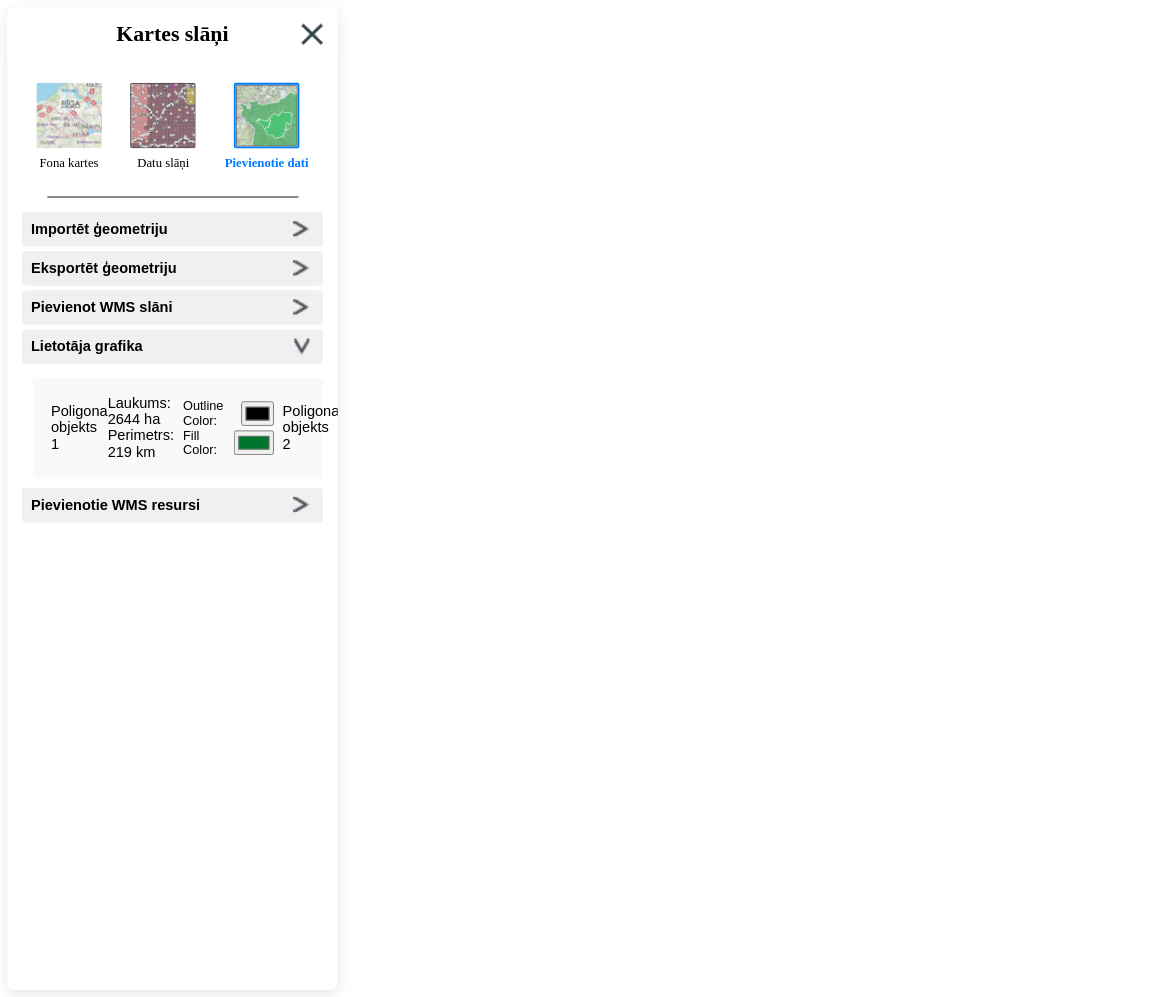
Repository: Kringelis/KP_kar-usl-i
Page: /, after clicking the first element matching `div.sidebar-tabs > :nth-child(3)`
An editor plug-in stored every save of this project. The page is shown before and after the next save, followed by the edit.
The browser window is 1280 px wide. The pictures show the whole page, at 91% of full size.
The project was rebuilt for these pictures with package versions that can differ from the ones it lists, and the page was loaded fresh each time. Also part of the build but not shown: src/components/FonaKartes.scss, src/components/DatuSlani.jsx, src/App.scss.

Above is the page before, as saved 2024-06-17 08:00:47.

After the next save:
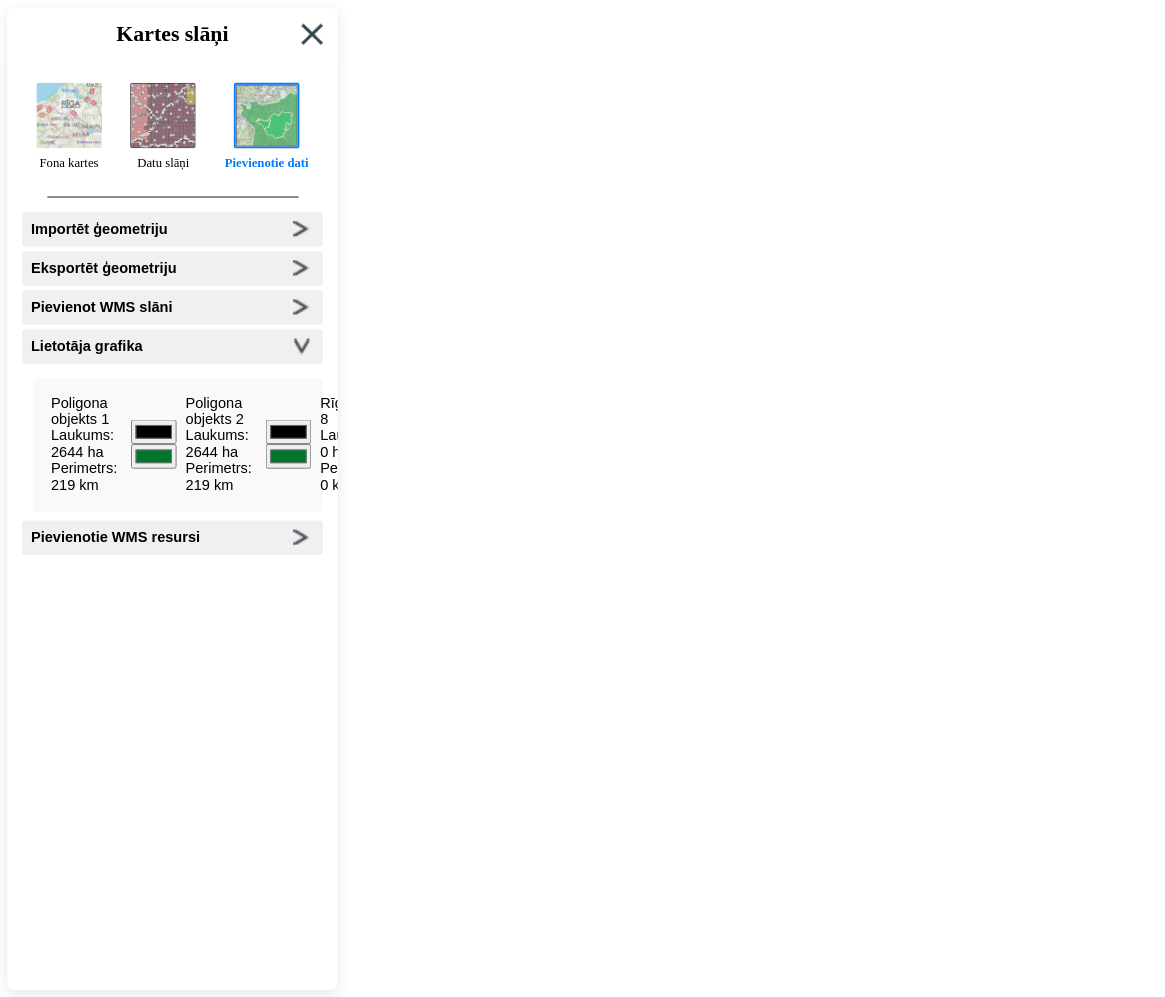
Saved 47 min 35 s later.
--- a/src/components/PievienotieDati.jsx
+++ b/src/components/PievienotieDati.jsx
@@ -121,14 +121,15 @@ const PievienotieDati = () => {
         <div className="sub-section">
           {userGraphics.map((item) => (
             <div className="toggle-item" key={item.id}>
-              <span>{item.name}</span>
-              <div className="info">
-                <div>Laukums: {item.area} ha</div>
-                <div>Perimetrs: {item.perimeter} km</div>
+              <div className="item-info">
+                <span>{item.name}</span>
+                <div className="info">
+                  <div>Laukums: {item.area} ha</div>
+                  <div>Perimetrs: {item.perimeter} km</div>
+                </div>
               </div>
               <div className="icons">
                 <label>
-                  Outline Color:
                   <input
                     type="color"
                     value={item.outlineColor}
@@ -136,9 +137,12 @@ const PievienotieDati = () => {
                       handleColorChange(item.id, "outlineColor", e.target.value)
                     }
                   />
+                  <span
+                    className="color-block"
+                    style={{ backgroundColor: item.outlineColor }}
+                  ></span>
                 </label>
                 <label>
-                  Fill Color:
                   <input
                     type="color"
                     value={item.fillColor}
@@ -146,6 +150,10 @@ const PievienotieDati = () => {
                       handleColorChange(item.id, "fillColor", e.target.value)
                     }
                   />
+                  <span
+                    className="color-block"
+                    style={{ backgroundColor: item.fillColor }}
+                  ></span>
                 </label>
               </div>
             </div>
